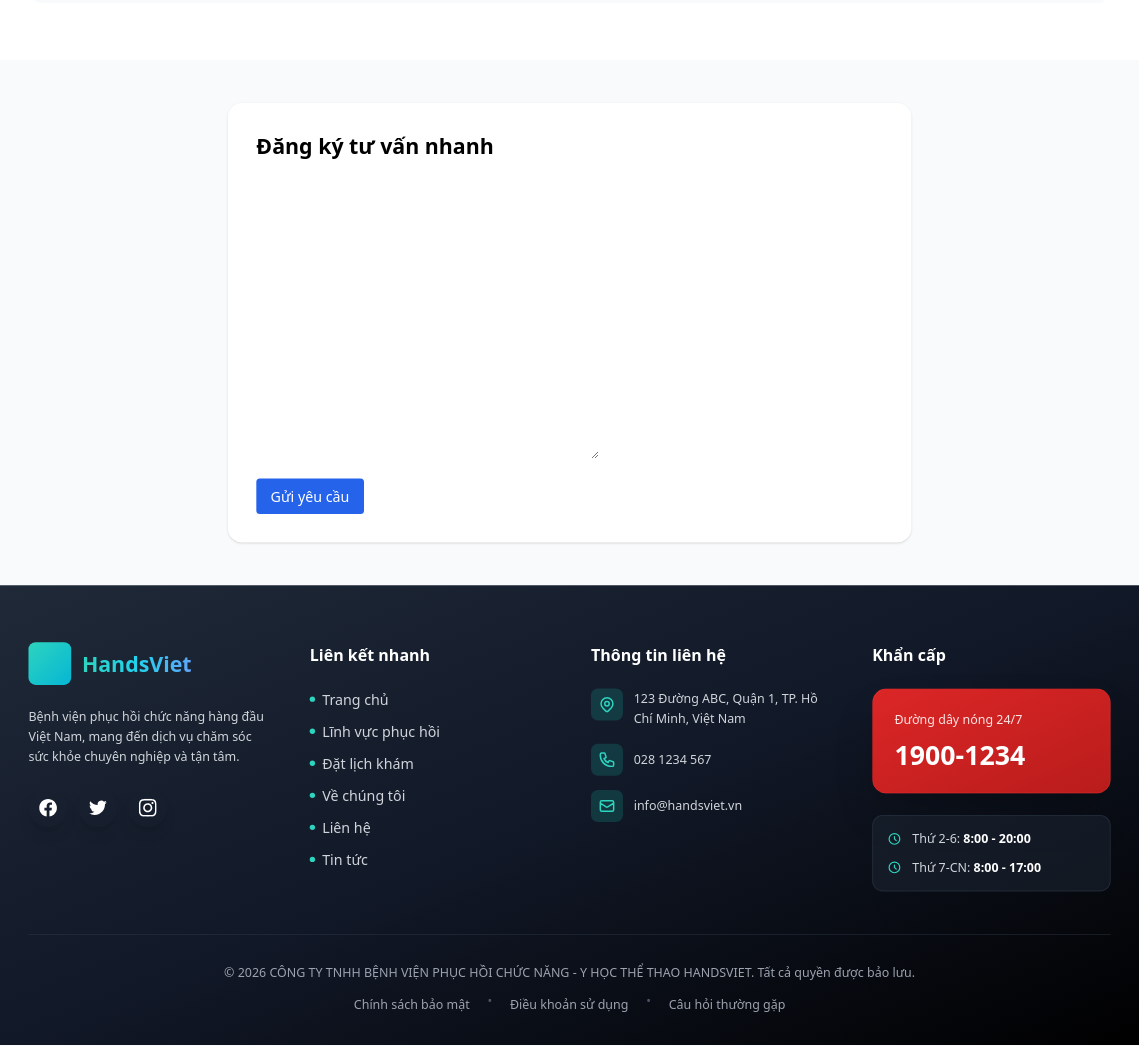
Repository: tuankhoa11062003/HandsViets
Page: http://localhost/contact/
These files come from the project's save history. The page is drawn as it stood at one moment and after the next save; the edit follows.
The browser window is 1280 px wide. The pictures show the part of the page from y = 1676 to 2851 px (the page is 2851 px tall before and 2261 px after), at 89% of full size.
Some web libraries are served in a nearby version. The page is served by the project's application, run on Django 5.2 (manage.py). Other server files are loaded and not shown.

Above is the page before, as saved 2026-03-10 13:57:13.

### hansviet_user/templatetags/i18n_extras.py
from django import template
from django.utils.translation import get_language

register = template.Library()


@register.simple_tag
def tr(vi_text, en_text):
    lang = (get_language() or "vi").lower()
    return en_text if lang.startswith("en") else vi_text

### hansviet_user/templates/pages/contact.html
{% load static %}
<!DOCTYPE html>
<html lang="vi">

<head>
    <meta charset="UTF-8">
    <meta name="viewport" content="width=device-width, initial-scale=1.0">
    <title>Liên hệ - Bệnh viện HandsViet</title>
    <script src="https://cdn.tailwindcss.com"></script>
    <link rel="icon" type="image/png" href="{% static 'images/logo.png' %}" />
    <link rel="stylesheet" href="{% static 'css/home.css' %}">
    <style>
        .contact-hero {
            background: linear-gradient(135deg, #0f172a 0%, #1e3a8a 100%);
        }

        @keyframes fadeInUp {
            from {
                opacity: 0;
                transform: translateY(20px);
            }

            to {
                opacity: 1;
                transform: translateY(0);
            }
        }

        .fade-in-up {
            animation: fadeInUp 0.6s ease-out forwards;
        }

        @keyframes pulse {

            0%,
            100% {
                opacity: 1;
            }

            50% {
                opacity: .5;
            }
        }

        .pulse-ring {
            animation: ring-pulse 2s cubic-bezier(0.4, 0, 0.6, 1) infinite;
        }

        @keyframes ring-pulse {
            0% {
                transform: scale(1);
                opacity: 0.5;
            }

            100% {
                transform: scale(1.5);
                opacity: 0;
            }
        }

        .fade-out {
            opacity: 0;
            transition: opacity 0.6s ease-out;
        }
    </style>
</head>

<body class="bg-gray-50">
    {% include 'includes/loader.html' %}

    <!-- Mobile Menu Overlay -->
    {% include 'pages/header_tailwind.html' %}


    <main>
        <!-- Contact Page Hero Section -->
        <section class="contact-hero text-white py-16">
            <div class="max-w-7xl mx-auto px-4 sm:px-6 lg:px-8">
                <div class="text-center fade-in-up">
                    <h1 class="text-4xl md:text-5xl font-bold mb-4">Liên hệ với chúng tôi</h1>
                    <p class="text-xl text-blue-100 max-w-3xl mx-auto">
                        Chúng tôi luôn sẵn sàng lắng nghe và giải đáp mọi thắc mắc của bạn về dịch vụ phục hồi chức năng.
                    </p>
                </div>
            </div>
        </section>

        <!-- Contact Section -->
        <section class="py-16 bg-gray-50">
            <div class="max-w-7xl mx-auto px-4 sm:px-6 lg:px-8">
                <div class="grid md:grid-cols-2 gap-12">
                    <!-- Contact Info -->
                    <div class="space-y-6 fade-in-up" style="animation-delay: 0.1s;">
                        <h2 class="text-3xl font-bold text-gray-800 mb-6">Thông tin liên hệ</h2>

                        <div
                            class="bg-white rounded-xl p-6 shadow-md border border-gray-100 hover:shadow-lg transition-all duration-300">
                            <div class="flex items-start space-x-4">
                                <div class="bg-teal-50 p-3 rounded-lg text-teal-600">
                                    <svg class="w-6 h-6" fill="none" stroke="currentColor" viewBox="0 0 24 24">
                                        <path stroke-linecap="round" stroke-linejoin="round" stroke-width="2"
                                            d="M17.657 16.657L13.414 20.9a1.998 1.998 0 01-2.827 0l-4.244-4.243a8 8 0 1111.314 0z">
                                        </path>
                                        <path stroke-linecap="round" stroke-linejoin="round" stroke-width="2"
                                            d="M15 11a3 3 0 11-6 0 3 3 0 016 0z"></path>
                                    </svg>
                                </div>
                                <div>
                                    <h3 class="font-semibold text-gray-800 mb-1">Địa chỉ</h3>
                                    <p class="text-gray-600">123 Đường ABC, Quận 1, TP. Hồ Chí Minh, Việt Nam</p>
                                </div>
                            </div>
                        </div>

                        <div
                            class="bg-white rounded-xl p-6 shadow-md border border-gray-100 hover:shadow-lg transition-all duration-300">
                            <div class="flex items-start space-x-4">
                                <div class="bg-blue-50 p-3 rounded-lg text-blue-600">
                                    <svg class="w-6 h-6" fill="none" stroke="currentColor" viewBox="0 0 24 24">
                                        <path stroke-linecap="round" stroke-linejoin="round" stroke-width="2"
                                            d="M3 5a2 2 0 012-2h3.28a1 1 0 01.948.684l1.498 4.493a1 1 0 01-.502 1.21l-2.257 1.13a11.042 11.042 0 005.516 5.516l1.13-2.257a1 1 0 011.21-.502l4.493 1.498a1 1 0 01.684.949V19a2 2 0 01-2 2h-1C9.716 21 3 14.284 3 6V5z">
                                        </path>
                                    </svg>
                                </div>
                                <div>
                                    <h3 class="font-semibold text-gray-800 mb-1">Điện thoại</h3>
                                    <p class="text-gray-600">028 1234 567</p>
                                    <p class="text-red-600 font-semibold">Khẩn cấp: 1900-1234</p>
                                </div>
                            </div>
                        </div>

                        <div
                            class="bg-white rounded-xl p-6 shadow-md border border-gray-100 hover:shadow-lg transition-all duration-300">
                            <div class="flex items-start space-x-4">
                                <div class="bg-purple-50 p-3 rounded-lg text-purple-600">
                                    <svg class="w-6 h-6" fill="none" stroke="currentColor" viewBox="0 0 24 24">
                                        <path stroke-linecap="round" stroke-linejoin="round" stroke-width="2"
                                            d="M3 8l7.89 5.26a2 2 0 002.22 0L21 8M5 19h14a2 2 0 002-2V7a2 2 0 00-2-2H5a2 2 0 00-2 2v10a2 2 0 002 2z">
                                        </path>
                                    </svg>
                                </div>
                                <div>
                                    <h3 class="font-semibold text-gray-800 mb-1">Email</h3>
                                    <p class="text-gray-600">info@handsviet.vn</p>
                                </div>
                            </div>
                        </div>

                        <div
                            class="bg-white rounded-xl p-6 shadow-md border border-gray-100 hover:shadow-lg transition-all duration-300">
                            <div class="flex items-start space-x-4">
                                <div class="bg-green-50 p-3 rounded-lg text-green-600">
                                    <svg class="w-6 h-6" fill="none" stroke="currentColor" viewBox="0 0 24 24">
                                        <path stroke-linecap="round" stroke-linejoin="round" stroke-width="2"
                                            d="M12 8v4l3 3m6-3a9 9 0 11-18 0 9 9 0 0118 0z"></path>
                                    </svg>
                                </div>
                                <div>
                                    <h3 class="font-semibold text-gray-800 mb-1">Giờ làm việc</h3>
                                    <p class="text-gray-600">Thứ 2 - Thứ 6: 8:00 - 20:00</p>
                                    <p class="text-gray-600">Thứ 7 - CN: 8:00 - 17:00</p>
                                </div>
                            </div>
                        </div>
                    </div>

                    <!-- Contact Form -->
                    <div class="bg-white rounded-2xl p-8 shadow-xl fade-in-up" style="animation-delay: 0.2s;">
                        <h2 class="text-3xl font-bold text-gray-800 mb-6">Gửi tin nhắn cho chúng tôi</h2>

                        <div id="successMessage" class="hidden text-center py-12">
                            <div
                                class="text-6xl mb-4 bg-green-100 w-24 h-24 flex items-center justify-center rounded-full mx-auto">
                                ✅</div>
                            <h3 class="text-2xl font-bold text-gray-800 mb-2">Đã nhận được tin nhắn!</h3>
                            <p class="text-gray-600">Chúng tôi sẽ phản hồi lại bạn sớm nhất có thể.</p>
                            <button onclick="resetForm()" class="mt-6 text-blue-600 font-semibold hover:underline">Gửi
                                tin nhắn khác</button>
                        </div>

                        <form id="contactForm" onsubmit="handleContactSubmit(event)" class="space-y-4">
                            <div>
                                <label class="block text-gray-700 font-medium mb-2">Họ và tên *</label>
                                <input type="text" required
                                    class="w-full px-4 py-3 border border-gray-300 rounded-lg focus:ring-2 focus:ring-blue-500 outline-none transition"
                                    placeholder=" Nhập họ tên của bạn">
                            </div>

                            <div>
                                <label class="block text-gray-700 font-medium mb-2">Email *</label>
                                <input type="email" required
                                    class="w-full px-4 py-3 border border-gray-300 rounded-lg focus:ring-2 focus:ring-blue-500 outline-none transition"
                                    placeholder="example@email.com">
                            </div>

                            <div>
                                <label class="block text-gray-700 font-medium mb-2">Số điện thoại
                                    *</label>
                                <input type="tel" required
                                    class="w-full px-4 py-3 border border-gray-300 rounded-lg focus:ring-2 focus:ring-blue-500 outline-none transition"
                                    placeholder="0123 456 789">
                            </div>

                            <div>
                                <label class="block text-gray-700 font-medium mb-2">Lời nhắn *</label>
                                <textarea required rows="4"
                                    class="w-full px-4 py-3 border border-gray-300 rounded-lg focus:ring-2 focus:ring-blue-500 outline-none resize-none transition"
                                    placeholder=" Bạn cần chúng tôi giúp gì?"></textarea>
                            </div>

                            <button type="submit"
                                class="w-full bg-gradient-to-r from-blue-600 to-blue-800 text-white py-4 rounded-lg font-semibold hover:shadow-lg transition-all duration-300 flex items-center justify-center group transform hover:scale-[1.02] active:scale-[0.98]">
                                <svg class="w-5 h-5 mr-2 group-hover:translate-x-1 group-hover:-translate-y-1 transition-transform"
                                    fill="none" stroke="currentColor" viewBox="0 0 24 24">
                                    <path stroke-linecap="round" stroke-linejoin="round" stroke-width="2"
                                        d="M12 19l9 2-9-18-9 18 9-2zm0 0v-8"></path>
                                </svg>
                                <span>Gửi tin nhắn</span>
                            </button>
                        </form>
                    </div>
                </div>
            </div>
        </section>

        <!-- Map Section -->
        <section class="py-16 bg-white overflow-hidden">
            <div class="max-w-7xl mx-auto px-4 sm:px-6 lg:px-8">
                <h2 class="text-3xl font-bold text-center text-gray-800 mb-8">Vị trí của chúng tôi</h2>
                <div
                    class="bg-gray-100 rounded-2xl overflow-hidden h-[450px] shadow-inner relative border-4 border-gray-50">
                    <iframe
                        src="https://www.google.com/maps/embed?pb=!1m18!1m12!1m3!1d3919.4602324283416!2d106.6921313148!3d10.775658662145!2m3!1f0!2f0!3f0!3m2!1i1024!2i768!4f13.1!3m3!1m2!1s0x31752f3922370001%3A0xe530462bb011505d!2zMTIzIABCeeG6v24gTmdow6ksIELhur9uIFRow6BuaCwgUXXhuq1uIDEsIFRow6BuaCBwaOG7kSBI4buTIENow60gTWluaCwgVmlldG5hbQ!5e0!3m2!1sen!2s!4v1620000000000!5m2!1sen!2s"
                        width="100%" height="100%" style="border:0;" allowfullscreen="" loading="lazy"></iframe>
                </div>
            </div>
        </section>
        <section class="py-12">
            <div class="max-w-3xl mx-auto bg-white shadow rounded-2xl p-8">
                <h2 class="text-2xl font-bold mb-4">Đăng ký tư vấn nhanh</h2>
                <form method="post" class="space-y-4">
                    {% csrf_token %}
                    <div>{{ lead_form.non_field_errors }}</div>
                    <div class="grid md:grid-cols-2 gap-4">
                        <div>{{ lead_form.name }}</div>
                        <div>{{ lead_form.phone }}</div>
                    </div>
                    <div>{{ lead_form.email }}</div>
                    <div>{{ lead_form.message }}</div>
                    {{ lead_form.page }}
                    <button type="submit" class="bg-blue-600 text-white px-4 py-2 rounded">Gửi yêu cầu</button>
                </form>
            </div>
        </section>
    </main>

    <!-- Footer -->
    {% include 'pages/footer.html' %}
    <script>
        window.addEventListener('load', () => {
            const loader = document.getElementById('pageLoader');
            setTimeout(() => {
                loader.style.opacity = '0';
                setTimeout(() => loader.style.display = 'none', 700);
            }, 500);
        });
    </script>
</body>

</html>

### hansviet_user/templates/includes/loader.html
<!-- Standard HandsViet Loading Screen -->
<div id="pageLoader" class="fixed inset-0 z-[100] flex items-center justify-center bg-white transition-opacity duration-700">
    <div class="flex flex-col items-center gap-4">
        <div class="relative flex items-center justify-center w-20 h-20 bg-teal-500/10 rounded-full loader-pulse">
            <svg class="w-10 h-10 text-teal-500" fill="none" stroke="currentColor" viewBox="0 0 24 24" stroke-width="2">
                <path stroke-linecap="round" stroke-linejoin="round" d="M4.5 12h3l2-4 2 8 2-4h3"></path>
            </svg>
            <div class="absolute inset-0 border-4 border-teal-500/30 rounded-full pulse-ring"></div>
        </div>
        <p class="text-teal-500 font-medium tracking-wider loader-text">HandsViet...</p>
    </div>
</div>

<script>
    // Managed Loading Screen reveal
    (function() {
        let startTime = Date.now();
        window.addEventListener('load', function() {
            const loader = document.getElementById('pageLoader');
            if (loader) {
                const elapsedTime = Date.now() - startTime;
                const minTime = 600; // Minimum visibility time for smooth transition
                const delay = Math.max(0, minTime - elapsedTime);

                setTimeout(() => {
                    loader.style.opacity = '0';
                    setTimeout(() => {
                        loader.style.display = 'none';
                    }, 700);
                }, delay);
            }
        });
    })();
</script>

### hansviet_user/forms.py
from django import forms
from hansviet_admin.models import Lead


class LeadForm(forms.ModelForm):
    class Meta:
        model = Lead
        fields = ["name", "phone", "email", "message", "page"]
        widgets = {
            "page": forms.HiddenInput(),
        }

### hansviet_user/middleware.py
from django.conf import settings
from django.shortcuts import redirect
from django.utils.deprecation import MiddlewareMixin


class LoginRequiredMiddleware(MiddlewareMixin):
    """
    Redirect anonymous users to LOGIN_URL unless path is exempt.
    """

    def process_request(self, request):
        # Skip if already authenticated
        if request.user.is_authenticated:
            return None

        path = request.path

        # Allow exempt paths/prefixes
        for exempt in getattr(settings, "LOGIN_EXEMPT_URLS", []):
            # Allow exactly '/' when listed, without whitelisting everything
            if exempt == "/" and path == "/":
                return None
            if exempt != "/" and path.startswith(exempt):
                return None

        # Otherwise, send to login with next param
        login_url = settings.LOGIN_URL
        return redirect(f"{login_url}?next={request.get_full_path()}")

### hansviet/urls.py
from django.contrib import admin
from django.urls import path, include
from django.conf import settings
from django.conf.urls.static import static

urlpatterns = [
    path('admin/', admin.site.urls),
    path('i18n/', include('django.conf.urls.i18n')),

    path('', include('hansviet_user.urls_pages')),
    path('news/', include('hansviet_user.urls_news')),
    path('services/', include('hansviet_user.urls_services')),
    path('therapies/', include('hansviet_user.urls_therapies')),
    path('rehab/', include('hansviet_user.urls_rehab')),
    # Auth routes are namespaced to avoid clashes
    path('auth/', include(('hansviet_user.urls_accounts', 'auth'), namespace='auth')),
    # Custom admin dashboard
    path('hansviet_admin/', include(('hansviet_admin.urls', 'dashboard'), namespace='dashboard')),
] + static(settings.MEDIA_URL, document_root=settings.MEDIA_ROOT)

### hansviet_admin/urls.py
from django.urls import path
from . import views

app_name = "dashboard"

urlpatterns = [
    path("", views.dashboard_home, name="home"),

    # Users
    path("users/", views.user_list, name="user_list"),
    path("users/<int:pk>/edit/", views.user_edit, name="user_edit"),
    path("users/<int:pk>/delete/", views.user_delete, name="user_delete"),

    # Services & Categories
    path("services/", views.service_list, name="service_list"),
    path("services/create/", views.service_create, name="service_create"),
    path("services/<int:pk>/edit/", views.service_edit, name="service_edit"),
    path("services/<int:pk>/delete/", views.service_delete, name="service_delete"),
    path("videos/", views.video_list, name="video_list"),
    path("videos/create/", views.video_create, name="video_create"),
    path("videos/<int:pk>/edit/", views.video_edit, name="video_edit"),
    path("videos/<int:pk>/delete/", views.video_delete, name="video_delete"),
    path("therapies/", views.therapy_list, name="therapy_list"),
    path("therapies/create/", views.therapy_create, name="therapy_create"),
    path("therapies/<int:pk>/edit/", views.therapy_edit, name="therapy_edit"),
    path("therapies/<int:pk>/delete/", views.therapy_delete, name="therapy_delete"),

    path("categories/", views.category_list, name="category_list"),
    path("categories/create/", views.category_create, name="category_create"),
    path("categories/<int:pk>/edit/", views.category_edit, name="category_edit"),
    path("categories/<int:pk>/delete/", views.category_delete, name="category_delete"),

    # News & news categories
    path("news/", views.news_list, name="news_list"),
    path("news/create/", views.news_create, name="news_create"),
    path("news/<int:pk>/edit/", views.news_edit, name="news_edit"),
    path("news/<int:pk>/delete/", views.news_delete, name="news_delete"),

    path("news/categories/", views.news_category_list, name="news_category_list"),
    path("news/categories/create/", views.news_category_create, name="news_category_create"),
    path("news/categories/<int:pk>/edit/", views.news_category_edit, name="news_category_edit"),
    path("news/categories/<int:pk>/delete/", views.news_category_delete, name="news_category_delete"),
]

### hansviet_user/static/css/home.css
/* Global responsive safety net (mobile/tablet only).
   Intentionally scoped to max-width breakpoints to avoid desktop changes. */

*,
*::before,
*::after {
  box-sizing: border-box;
}

html,
body {
  max-width: 100%;
}

@media (max-width: 1023.98px) {
  html,
  body {
    overflow-x: hidden !important;
  }

  img,
  svg,
  video,
  canvas,
  iframe {
    max-width: 100%;
    height: auto;
  }

  /* Common content wrappers across pages */
  .max-w-7xl,
  .max-w-6xl,
  .max-w-5xl,
  .max-w-4xl,
  .max-w-3xl,
  .max-w-2xl {
    padding-left: 1rem !important;
    padding-right: 1rem !important;
  }

  /* Avoid giant headings on tablet/mobile */
  h1 {
    line-height: 1.2;
    word-break: break-word;
  }

  /* Generic fixed-height image blocks often overflow on small screens */
  .h-\[500px\],
  .h-\[450px\],
  .h-\[400px\],
  .h-\[380px\] {
    height: 320px !important;
  }

  /* Keep long navigation/button labels wrapped */
  a,
  button {
    overflow-wrap: anywhere;
  }
}

@media (max-width: 767.98px) {
  /* Section vertical rhythm on mobile */
  section.py-20 {
    padding-top: 3rem !important;
    padding-bottom: 3rem !important;
  }
  section.py-16 {
    padding-top: 2.5rem !important;
    padding-bottom: 2.5rem !important;
  }
  section.py-12 {
    padding-top: 2rem !important;
    padding-bottom: 2rem !important;
  }

  /* Main page titles */
  .text-6xl {
    font-size: 2rem !important;
    line-height: 1.15 !important;
  }
  .text-5xl {
    font-size: 1.75rem !important;
    line-height: 1.2 !important;
  }
  .text-4xl {
    font-size: 1.5rem !important;
    line-height: 1.25 !important;
  }
  .text-3xl {
    font-size: 1.3rem !important;
    line-height: 1.3 !important;
  }

  /* Cards and forms spacing */
  .rounded-\[4rem\],
  .rounded-\[3rem\],
  .rounded-\[2\.5rem\] {
    border-radius: 1.25rem !important;
  }
  .p-10 {
    padding: 1.25rem !important;
  }
  .p-8 {
    padding: 1rem !important;
  }
  .p-6 {
    padding: 0.9rem !important;
  }

  /* Grid heavy pages */
  .grid.md\:grid-cols-2,
  .grid.lg\:grid-cols-2,
  .grid.lg\:grid-cols-3,
  .grid.lg\:grid-cols-4,
  .grid.md\:grid-cols-3,
  .grid.md\:grid-cols-4 {
    grid-template-columns: 1fr !important;
  }

  /* Keep CTA buttons full-width and tappable */
  .flex.sm\:flex-row {
    flex-direction: column !important;
  }
  .px-12.py-4,
  .px-10.py-4 {
    width: 100% !important;
    text-align: center !important;
  }

  /* Sticky sidebars can block content on small screens */
  .lg\:sticky {
    position: static !important;
  }
}

@media (max-width: 479.98px) {
  .text-2xl {
    font-size: 1.15rem !important;
  }
  .text-xl {
    font-size: 1.05rem !important;
  }
  .text-lg {
    font-size: 0.98rem !important;
  }

  .gap-12 {
    gap: 1.25rem !important;
  }
  .gap-10 {
    gap: 1rem !important;
  }
  .gap-8 {
    gap: 0.9rem !important;
  }
  .gap-6 {
    gap: 0.75rem !important;
  }
}

Loaded but not shown: hansviet_user/views.py (801 lines, source omitted); hansviet_user/templates/pages/header_tailwind.html (239 lines, source omitted); hansviet_user/templates/pages/footer.html (254 lines, source omitted); hansviet_admin/models.py (261 lines, source omitted)

After the next save:
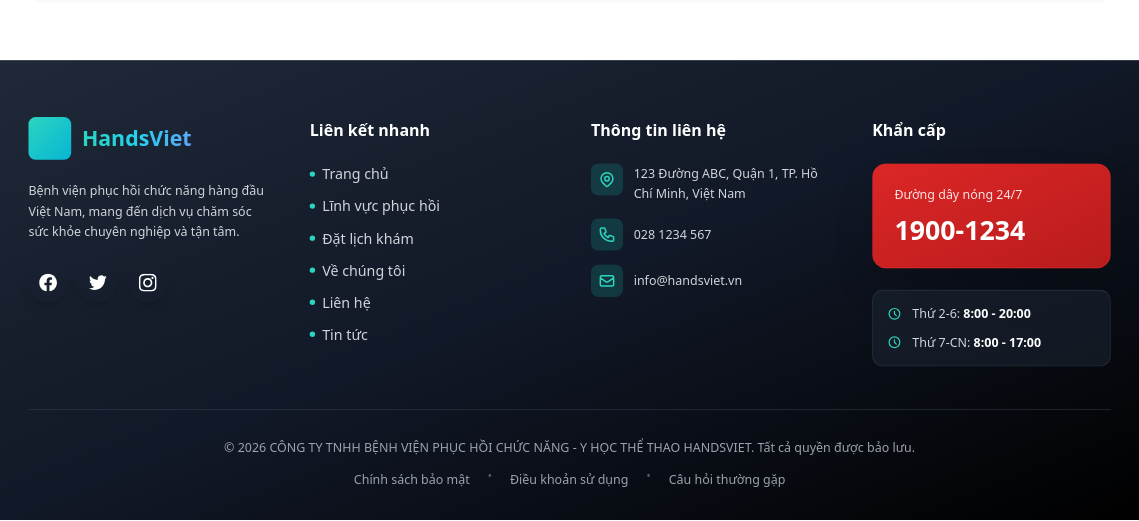
Saved 15 min 55 s later.
--- a/hansviet_user/templates/pages/contact.html
+++ b/hansviet_user/templates/pages/contact.html
@@ -236,7 +236,7 @@
                 </div>
             </div>
         </section>
-        <section class="py-12">
+        <!-- <section class="py-12">
             <div class="max-w-3xl mx-auto bg-white shadow rounded-2xl p-8">
                 <h2 class="text-2xl font-bold mb-4">Đăng ký tư vấn nhanh</h2>
                 <form method="post" class="space-y-4">
@@ -252,7 +252,7 @@
                     <button type="submit" class="bg-blue-600 text-white px-4 py-2 rounded">Gửi yêu cầu</button>
                 </form>
             </div>
-        </section>
+        </section> -->
     </main>
 
     <!-- Footer -->
